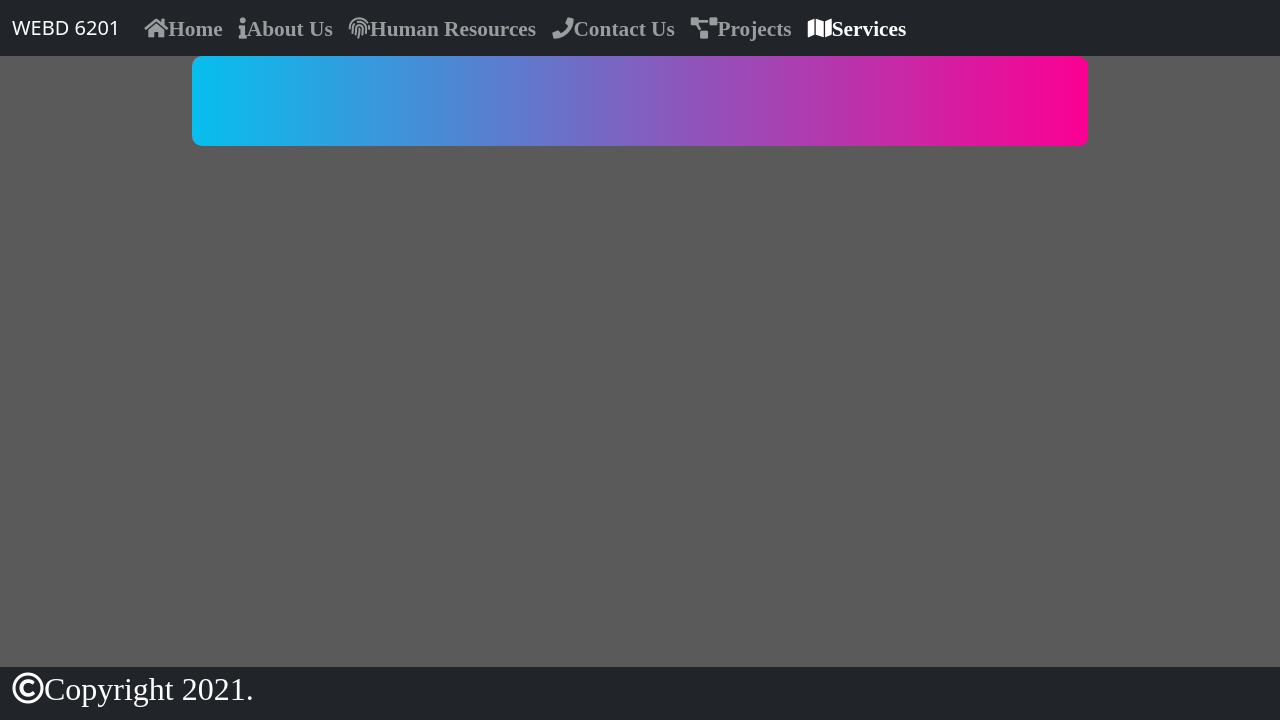
Repository: vans12345678/WEBD6201-W2021-Lab1
Page: services.html
The author's editor kept a copy of each file at every save. The page is drawn from the files as they stood at one save, then again after the next save.
The browser window is 1280 px wide. The pictures show the whole page.

Above is the page before, as saved 2021-02-02 18:29:57.
Console error: TypeError: Cannot set properties of null (setting 'textContent')

After the next save:
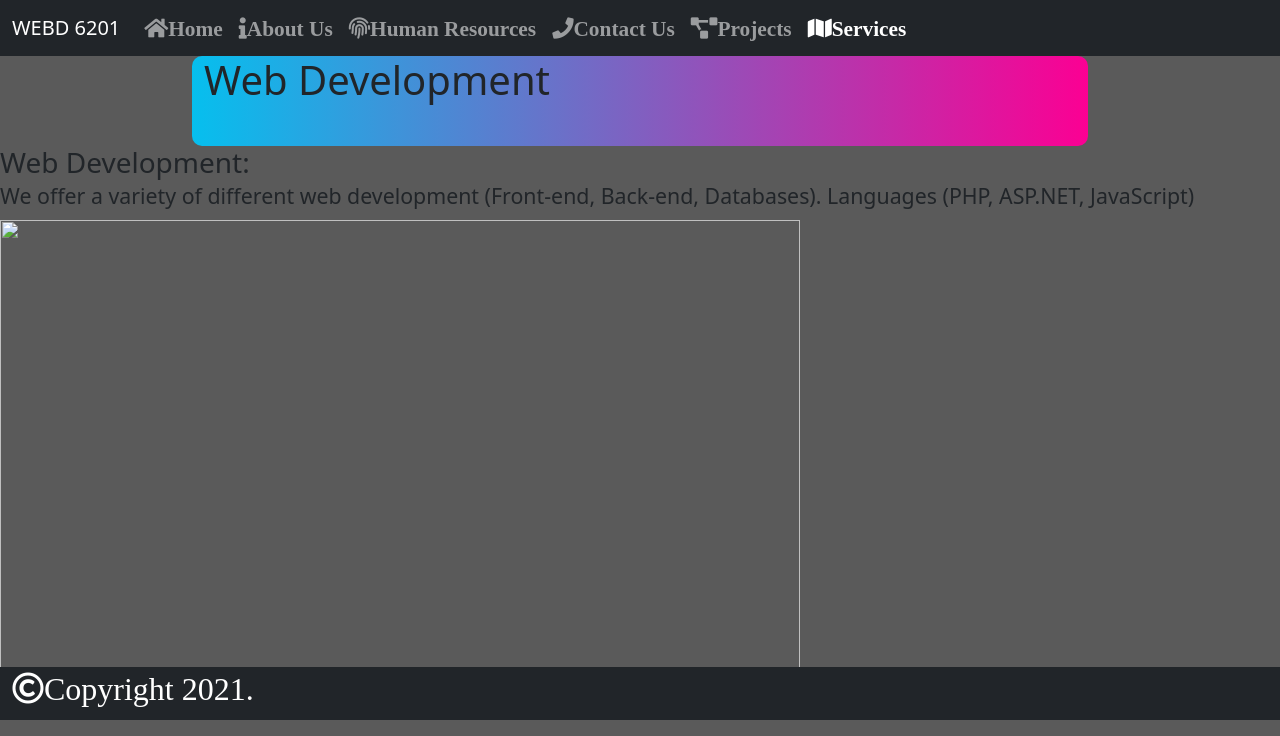
The error is gone.
Not found: images/s1.PNG
Saved 61 s later.
--- a/services.html
+++ b/services.html
@@ -54,7 +54,7 @@
     <footer>
       <nav class="navbar fixed-bottom navbar-dark bg-dark">
           <div class="container-fluid">
-              <h4><i class="far fa-copyright fa-lg site-footer">Copyright 2021.</i></h4>
+              <h4><i id = "footer" class="far fa-copyright fa-lg site-footer"></i></h4>
           </div>
         </nav>
   </footer>
